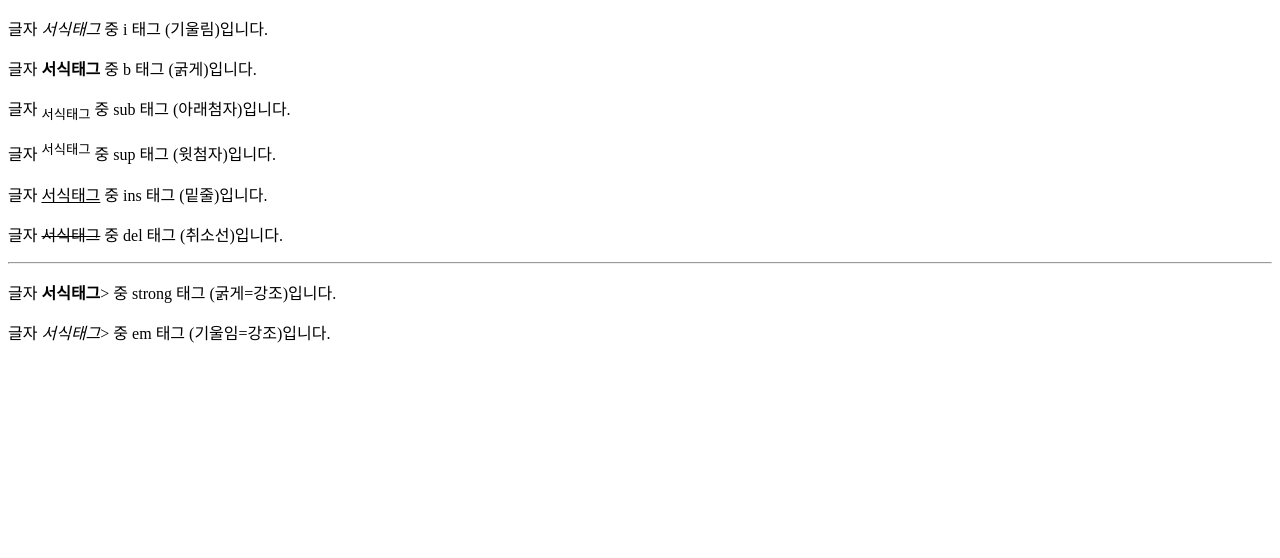
Repository: claddds/2023_webstudy
Page: 01_html/src/main/webapp/day01/ex05_TextFormatting.html
These files come from the project's save history. The page is drawn as it stood at one moment and after the next save; the edit follows.
The browser window is 1280 px wide. The pictures show the whole page.

Above is the page before, as saved 2023-06-19 07:54:49.

After the next save:
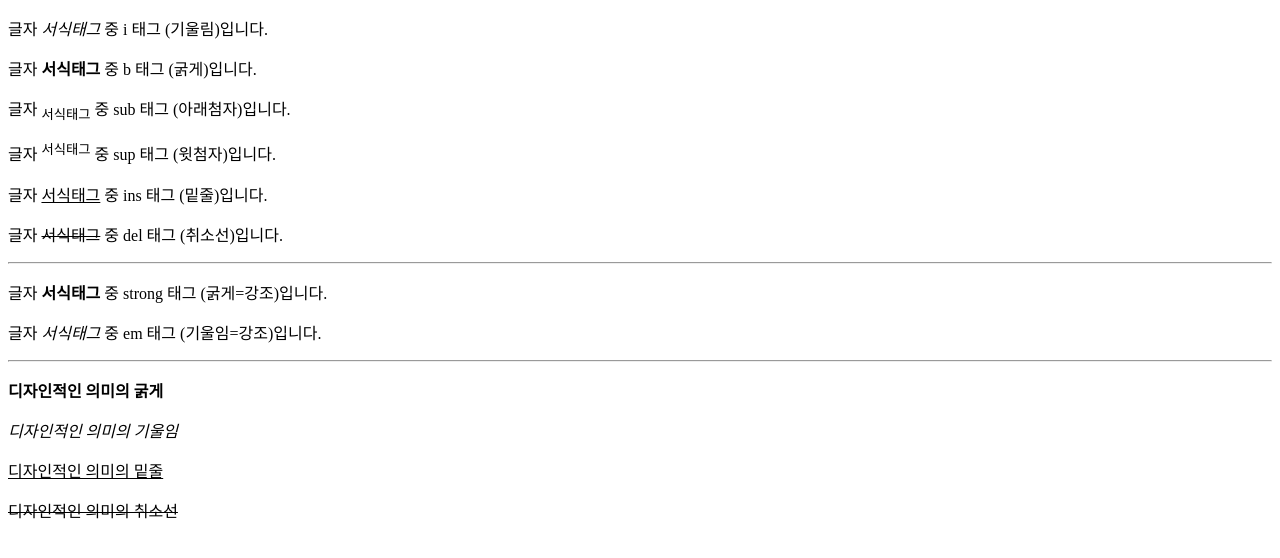
Saved 5 min 16 s later.
--- a/01_html/src/main/webapp/day01/ex05_TextFormatting.html
+++ b/01_html/src/main/webapp/day01/ex05_TextFormatting.html
@@ -18,7 +18,13 @@
 	내용상 강조의 의미(검색엔진이 강조를 하는 정보로 인식)
 	strong(굵게 = 강조), em(기울임 = 강조)
  -->
-<p> 글자 <strong>서식태그</strong>> 중 strong 태그 (굵게=강조)입니다.</p>
-<p> 글자 <em>서식태그</em>> 중 em 태그 (기울임=강조)입니다.</p>
+<p> 글자 <strong>서식태그</strong> 중 strong 태그 (굵게=강조)입니다.</p>
+<p> 글자 <em>서식태그</em> 중 em 태그 (기울임=강조)입니다.</p>
+<hr>
+<!-- 디자인적인 의미의 서식 -->
+<p style="font-weight: bold;">디자인적인 의미의 굵게</p>
+<p style="font-style: italic;">디자인적인 의미의 기울임</p>
+<p style="text-decoration: underline;">디자인적인 의미의 밑줄</p>
+<p style="text-decoration: line-through;">디자인적인 의미의 취소선</p>
 </body>
 </html>
